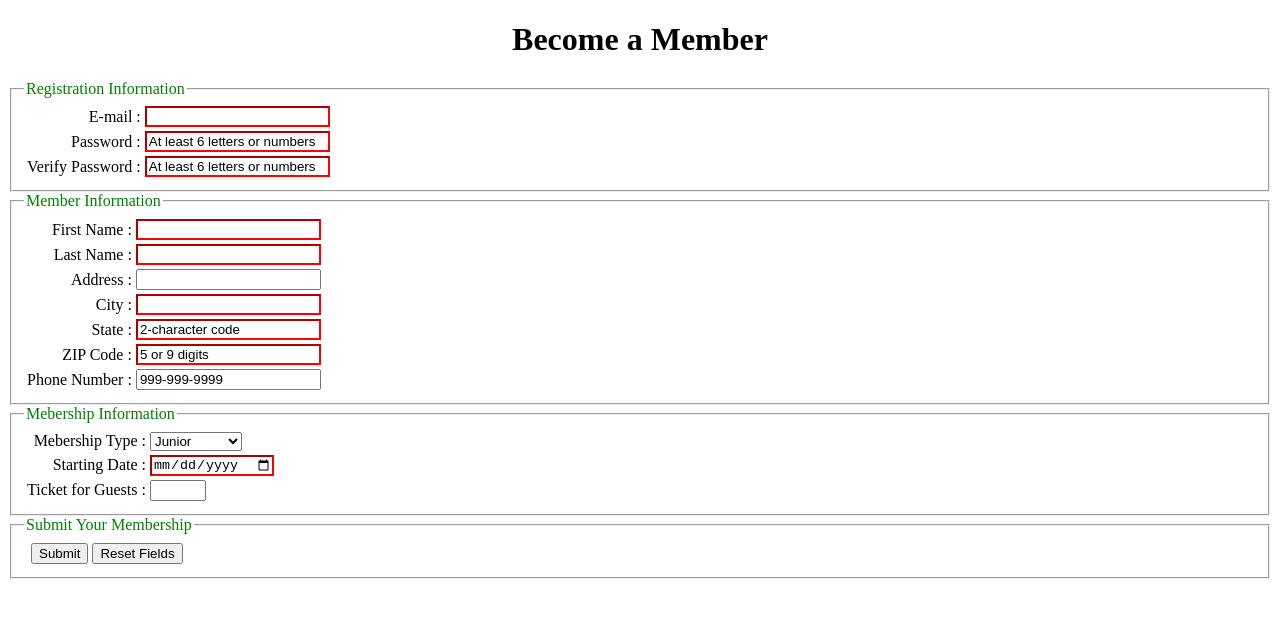
Repository: kjungyoun/Web_Study_2021
Page: homework_front/WebContent/0302/0302.html
An editor plug-in stored every save of this project. The page is shown before and after the next save, followed by the edit.
The browser window is 1280 px wide. The pictures show the whole page.

Above is the page before, as saved 2021-03-02 12:18:03.

### homework_front/WebContent/0302/0302.html
<!DOCTYPE html>
<html>
<head>
<meta charset="UTF-8">
<title>Become a Member</title>
<style type="text/css">
	fieldset {
	color: green
}
	table {
	color : black
	}
</style>
</head>
<body>
<header>
	<h1 align="center">
		Become a Member
	</h1>
</header>
<form action="index.html">
	<fieldset style="align-content: center">
		<legend>Registration Information</legend>
		<table>
			<tbody>
				<tr>
					<td align="right">
						<label for="userid">E-mail : </label>
					</td>
					<td align="left">
						<input type="email" id="email" name="email" style="border-color: red">
					</td>
				</tr>
				<tr>
					<td align="right">
					<label for="password">Password : </label>
					</td>
					<td align="left">
						<input type="text" id="psw" name="psw" value="At least 6 letters or numbers" style="border-color:red">
					</td>
				</tr>
				<tr>
					<td align="right">
						<label for="vpassword">Verify Password : </label>
					</td>
					<td align="left">
						<input type="text" id="vpwd" name="vpwd" value="At least 6 letters or numbers" style="border-color:red">
					</td>
				</tr>
			</tbody>
		</table>
	</fieldset>
	<fieldset>
		<legend>Member Information</legend>
		<table >
			<tbody>
				<tr>
					<td align="right">
						<label for="fname">First Name : </label>
					</td>
					<td align="left">
						<input type="text" id="fname" name="fname" style="border-color:red">
					</td>
				</tr>
				<tr>
					<td align="right">
					<label for="lname">Last Name : </label>
					</td>
					<td align="left">
						<input type="text" id="lname" name="lname" style="border-color:red">
					</td>
				</tr>
				<tr>
					<td align="right">
						<label for="address">Address : </label>
					</td>
					<td align="left">
						<input type="text" id="addr" name="addr">
					</td>
				</tr>
				<tr>
					<td align="right">
						<label for="city">City : </label>
					</td>
					<td align="left">
						<input type="text" id="city" name="city" style="border-color:red">
					</td>
				</tr>
				<tr>
					<td align="right">
						<label for="state">State : </label>
					</td>
					<td align="left">
						<input type="text" id="state" name="state" value="2-character code" style="border-color:red">
					</td>
				</tr>
				<tr>
					<td align="right">
						<label for="zip">ZIP Code : </label>
					</td>
					<td align="left">
						<input type="text" id="addr" name="addr" value="5 or 9 digits" style="border-color:red">
					</td>
				</tr>
				<tr>
					<td align="right">
						<label for="phone">Phone Number : </label>
					</td>
					<td align="left">
						<input type="tel" id="phone" name="phone" value="999-999-9999">
					</td>
				</tr>
			</tbody>
		</table>
	</fieldset>
	<fieldset>
		<legend>Mebership Information</legend>
		<table>
			<tr>
				<td align="right">
					<label for="type">Mebership Type : </label>
				</td>
				<td align="left">
					<select name="type" >
						<optgroup label="membership" >
							<option>Junior</option>
							<option>Senior</option>
							<option>Semi Pro</option>
							<option>Pro</option>
							<option>VIP</option>
						</optgroup>
					</select>
				</td>
			</tr>
			<tr>
				<td align="right">
					<label for="date">Starting Date : </label>
				</td>
				<td align="left">
					<input type="date" name="date" style="border-color:red">
				</td>
			</tr>
			<tr>
				<td align="right">
					<label for="guest">Ticket for Guests : </label>
				</td>
				<td align="left">
					<input type="number" min="0" max="30" name="guest">
				</td>
			</tr>
		</table>
	</fieldset>
	<fieldset>
		<legend>Submit Your Membership</legend>
		<table>
			<tr>
				<td></td>
				<td>
					<button type="submit">Submit</button>
					<button type="reset">Reset Fields</button>
				</td>
			</tr>
		</table>
	</fieldset>
</form>
</body>
</html>

After the next save:
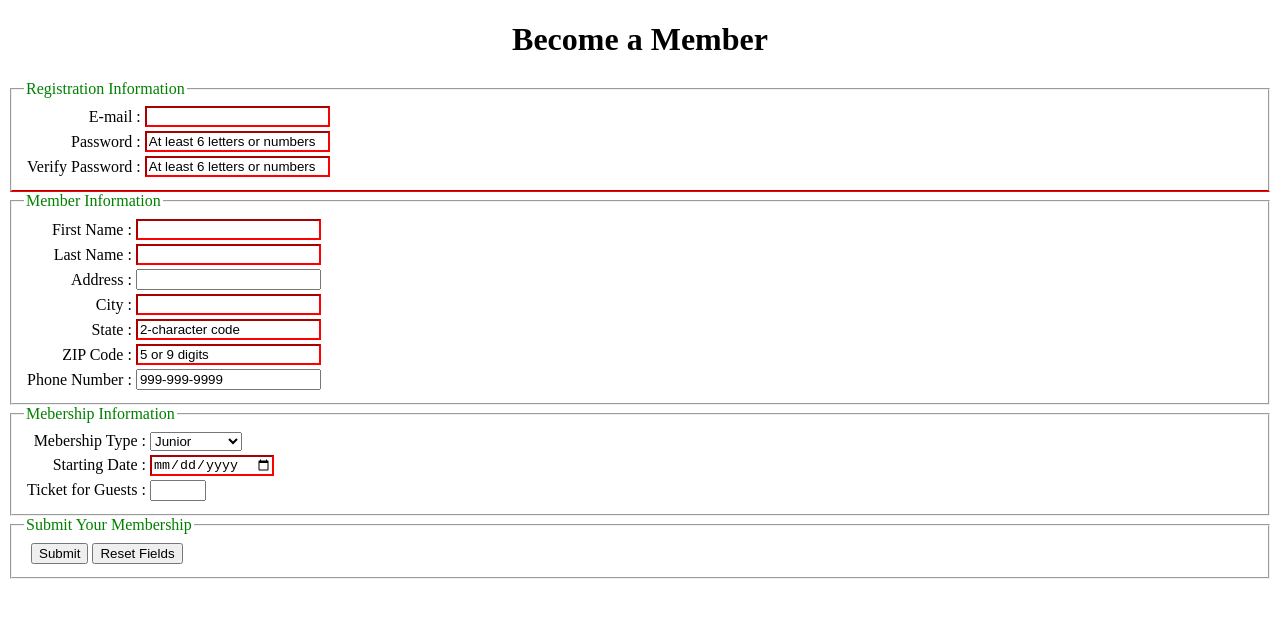
Saved 66 s later.
--- a/homework_front/WebContent/0302/0302.html
+++ b/homework_front/WebContent/0302/0302.html
@@ -19,7 +19,7 @@
 	</h1>
 </header>
 <form action="index.html">
-	<fieldset style="align-content: center">
+	<fieldset style="align-content: center;border-bottom-color: red">
 		<legend>Registration Information</legend>
 		<table>
 			<tbody>

After the save that followed:
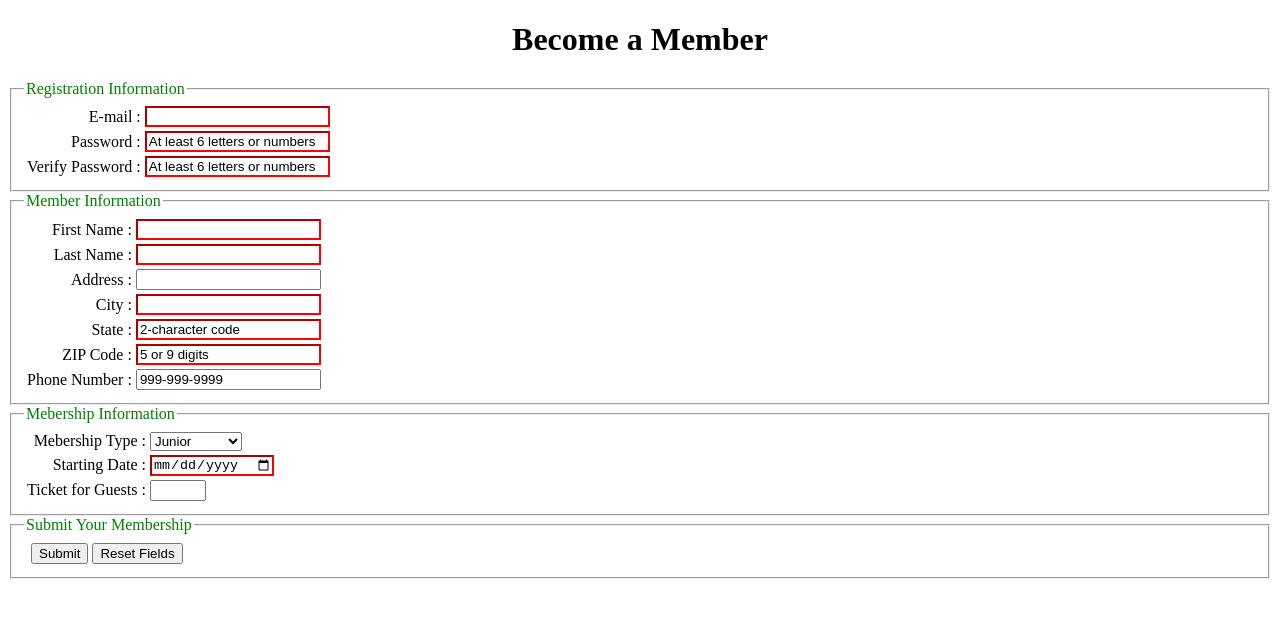
Saved 7 s later.
--- a/homework_front/WebContent/0302/0302.html
+++ b/homework_front/WebContent/0302/0302.html
@@ -19,7 +19,7 @@
 	</h1>
 </header>
 <form action="index.html">
-	<fieldset style="align-content: center;border-bottom-color: red">
+	<fieldset style="align-content: center;">
 		<legend>Registration Information</legend>
 		<table>
 			<tbody>
